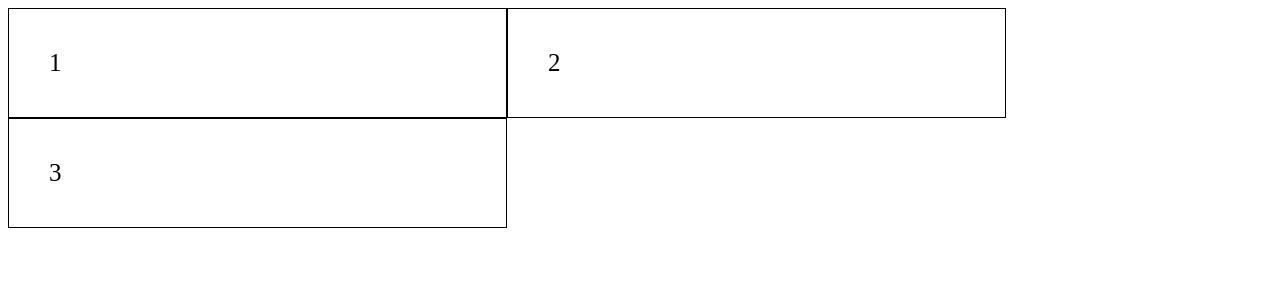
Repository: m-lomakin/test
Page: test/flex/flex.html
The author's editor kept a copy of each file at every save. The page is drawn from the files as they stood at one save, then again after the next save.
The browser window is 1280 px wide. The pictures show the whole page.

Above is the page before, as saved 2023-03-12 08:46:53.

### test/flex/flex.html
<!DOCTYPE html>
<html>
    <head>
        <meta charset="utf-8">
        <title>loma</title>

        <style>
            .container{
                display: flex;
                flex-wrap: wrap;

            }
            .item{
                padding: 40px;
                font-size: 25px;
                border: 1px solid black;
                height: fit-content;
                width: fit-content;
                flex-basis: 33%;
            }
            .item_1 {

            }
            .item_2 {

            }
            .item_3 {

            }
        </style>
    </head>
    <body>
        <div class="container">
        <div class="item item_1">1</div>
        <div class="item item_2">2</div>
        <div class="item item_3">3</div>
        </div>

After the next save:
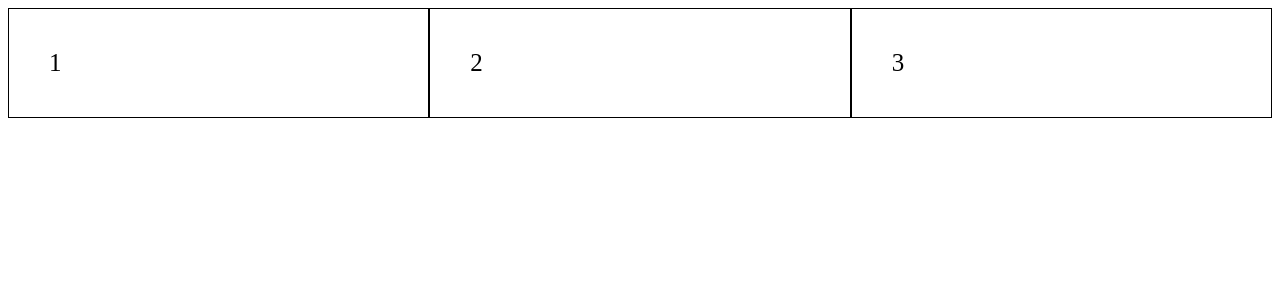
Saved 11 s later.
--- a/test/flex/flex.html
+++ b/test/flex/flex.html
@@ -7,7 +7,7 @@
         <style>
             .container{
                 display: flex;
-                flex-wrap: wrap;
+
 
             }
             .item{
